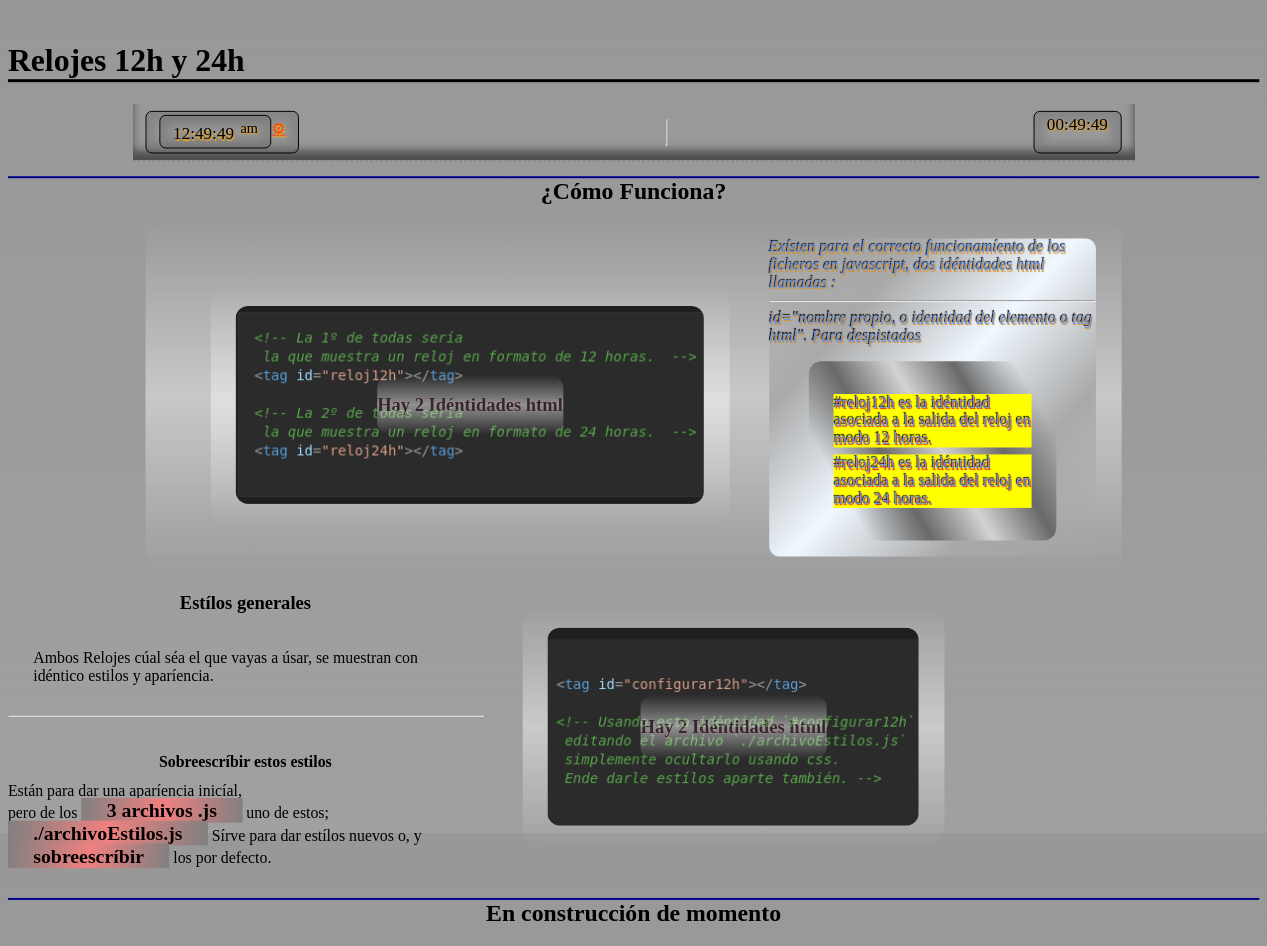
Repository: marcostonfor/clocks
Page: index.html
An editor plug-in stored every save of this project. The page is shown before and after the next save, followed by the edit.
The browser window is 1280 px wide. The pictures show the whole page, at 99% of full size.

Above is the page before, as saved 2024-09-19 01:26:49.

### index.html
<!DOCTYPE html>
<html lang="ca-ES, en-US">

<head>
    <meta charset="utf-8">
    <meta name="viewport" content="width=device-width, initial-scale=1">
    <title>relojes</title>
    <style>

        * {
            box-sizing: border-box;
        }

        body {
            background-image: repeating-linear-gradient(0deg, hsla(0, 0%, 41%, 0.63) 12%, hsla(0, 0%, 0%, 0.404));
        }

        h1 {
            margin-top: 6vh;
            border-bottom: 0.3vw solid black;
        }

        #dosRelojes {
            width: 80%;
            height: auto;
            margin: 2vh auto;
            padding: 1vh 1vw;
            display: flex;
            border-bottom: 0.1vw dashed gray;
            /* box-shadow: inset -0.2vh 0 06px hsl(41, 100%, 50%); */
            box-shadow: inset 0 -10px 10px rgba(0, 0, 0, 0.5);
        }

        summary::marker {
            content: none !important;
        }

        summary {
            cursor: pointer !important;
            color: orangered;
            text-decoration: underline;
            margin: 0.5vh auto;
            font-size: 12pt;
        }

        #caja12h {
            display: flex;
        }

        h2 {
            text-align: center;
            margin-top: 2vh;
            border-top: 0.2vw solid darkblue;
        }

        #identidades_principales {
            display: flex;
            justify-content: space-around;
            align-items:last baseline;
            padding: 2vh 2vw;
            width: 78%;
            margin: auto auto;
            background-image: repeating-linear-gradient(0deg, transparent, hsla(0, 0%, 96%, 0.5), transparent);
            border-radius: 0.755vw;
        }

        .conFoto figure {
            position: relative;
            display: flex;
            align-items: center;
            justify-content: center;
            background-image: repeating-linear-gradient(0deg, transparent, hsla(0, 0%, 96%, 0.5), transparent);
            padding: 3vh 2vw;
            border-radius: 1.6vw;
        }

        .conFoto figure img {
            border-radius: 1vw;
        }

        .conFoto figure figcaption {
            position: absolute;
            border-radius: 1vw;
            text-shadow: 0 0 1px hotpink;
            background-image:  repeating-linear-gradient(0deg, transparent, hsla(0, 0%, 96%, 0.5), transparent);
            mix-blend-mode: screen;
        }

        .conTexto  {
            width: fit-content;
            height: auto;
            color: cornflowerblue;
            text-shadow: 0.1vh 0.1vw 1px rgb(220, 140, 20), -0.1vh -0.1vw 1px black;
            background-image: repeating-linear-gradient(132deg, transparent, darkgray, aliceblue, darkgray, transparent);
            border-radius: 0.8vw;
        }

        .conTexto blockquote {
            padding: 2vw;
            border-radius: 1vw;
            background-image: linear-gradient(-120deg, transparent 12%, dimgray, lightgray, dimgray, transparent, transparent);
        }

        .conTexto blockquote mark {
            text-shadow: 0.1vh 0.1vw 1px rgb(220, 20, 60), -0.1vh -0.1vw 1px black;
            color: cornflowerblue !important;
            display: block;
            margin: 1vh auto;
        }

        #estilos_generales {
            width: 78%;
            display: flex;
            justify-content: space-around;
            align-items: center;

        }

        #estilos_generales article h3 {
            text-align: center;
            width: fit-content;
            margin: 3vh auto;
        }

        #textoGeneral {
            padding: 2vh 2vw;
            width: fit-content;
            /* border: 0.2vw solid black; */
            overflow: hidden;
        }

        .hache3 {
            display: block !important;
            text-align: center;
            margin: 1.5vh auto;
        }

        .code_md {
            font-weight: 800;
            font-size: calc(1em * 1.25);
            background-image: repeating-linear-gradient(98deg, gray, lightcoral, gray);
            padding: 0.2vh 2vw;
            color: ;
            text-shadow: 0 0 1px lightcoral;
        }
    </style>
</head>

<body>
    <header>
        <h1>Relojes 12h y 24h</h1>
        <aside id="dosRelojes">
            <div id="caja12h">
                <div id="reloj12h"></div>
            </div>
            <hr>
            <div id="reloj24h"></div>
        </aside>
        <nav></nav>
    </header>
    <main>
        <h2>¿Cómo Funciona?</h2>
        <section id="identidades_principales">
            <article class="conFoto">
                <figure>
                    <img src="./img/identidadesPrincipales.png" alt="foto de las id principales">
                <figcaption><h3>Hay 2 Idéntidades html</h3></figcaption>
                </figure>
            </article>
            <article class="conTexto">
                    <cite>Exísten para el correcto funcionamíento de los ficheros en javascript, dos idéntidades html
                        llamadas :</cite> <hr /><cite>id="nombre propio, o identidad del elemento o tag html". Para despistados</cite>
                <blockquote>
                    <mark>#reloj12h es la idéntidad asociada a la salida del reloj en modo 12 horas.</mark>

                    <mark>#reloj24h es la idéntidad asociada a la salida del reloj en modo 24 horas.</mark>
                </blockquote>
            </article>
        </section>
        <section id="estilos_generales">
            <article>
                <h3>Estílos generales</h3>
                <p id="textoGeneral">
                    Ambos Relojes cúal séa el que vayas a úsar, se muestran con idéntico estilos y aparíencia. <br><hr><br><strong class="hache3">Sobreescríbir estos estilos</strong>
                    Están para dar una aparíencia inicíal, <br> pero de los <span class="code_md">3 archivos .js</span> uno de estos;

                    <span class="code_md">./archivoEstilos.js</span> Sírve para dar estílos nuevos o, y <span class="code_md">sobreescríbir</span> los por defecto.
                </p>
            </article>
            <article class="conFoto">
                <figure>
                    <img src="./img/fotoDetails12h.png" alt="foto de las id principales">
                <figcaption><h3>Hay 2 Idéntidades html</h3></figcaption>
                </figure>
            </article>
        </section>
    </main>
    <h2>En construcción de momento</h2>
    <script type="module" src="./relojes.js"></script>
</body>

</html>

<!--<p>Este es un texto con un <span style="font-size: 125%;">texto 25% más grande</span> que el resto.</p>
-->

### relojes.js

import { estilosPersonales } from './archivoEstilos.js';
import { conf12h } from './archivoConfiguracion.js';
function laHora() {
	const Reloj = class {
		constructor(formato, salida) {
			this.ahora = new Date();
			this.reloj = {
				hora: this.ahora.getHours(),
				minuto: this.ahora.getMinutes(),
				segundo: this.ahora.getSeconds()
			};
			this._formato = formato;
			this._salida = salida;
		}

		get formato() {
			return this._formato;
		}

		get salida() {
			return this._salida;
		}

		set formato(horaActual) {
			this._formato = horaActual;
		}

		set salida(output) {
			this._salida = output;
		}

		anyadirCero(formatear) {
			return formatear <= 9 ? "0" + formatear : formatear;
		}

		_12h() {
			let horas = this.reloj.hora % 12;
			if (horas === 0) horas = 12;
			const amOpm = this.reloj.hora >= 12 ? "pm" : "am";
			this._formato = `${this.anyadirCero(horas)}:${this.anyadirCero(this.reloj.minuto)}:${this.anyadirCero(this.reloj.segundo)}<sup>${amOpm}</sup>`;
			return this._formato;
		}

		_24h() {
			this._formato = `${this.anyadirCero(this.reloj.hora)}:${this.anyadirCero(this.reloj.minuto)}:${this.anyadirCero(this.reloj.segundo)}`;
			return this._formato;
		}
	};

	const laSalida = () => {
		const salida = document.getElementById("reloj12h");
		const salida24h = document.getElementById("reloj24h");
		const doceHoras = new Reloj();
	//	salida.innerHTML = doceHoras._12h();
	//	salida24h.innerHTML = doceHoras._24h();

 // Verifica si existe el elemento #reloj12h
 if (salida) {
	salida.innerHTML = doceHoras._12h();
	conf12h(); // Llamada a la función conf12h() si el elemento existe
}

// Verifica si existe el elemento #reloj24h
if (salida24h) {
	salida24h.innerHTML = doceHoras._24h();
}


	function estiloscss(estilosPersonales) {

		const estils = document.createElement('STYLE');
		estils.textContent = `
* {
    box-sizing: border-box;
}

div {
    text-align: center;
    width: fit-content;
    border: 0.1vw solid black;
    font-size: 13pt;
    padding: 0.5vh 1vw;
    box-shadow: inset 0 0 10px 10px hsla(0, 0%, 41%, 0.397);
    font-family: 'Comic Sans MS';
    color: black;
    text-shadow: 0.1vh 0.1vw 1px orange;
    border-radius: 0.5vw;
}


sup {
    margin-left: 0.5vw !important;
}
	`;
		if (estilosPersonales) {
			estils.textContent += estilosPersonales;
		}


		document.head.appendChild(estils);
}

	// Llamada a la función con estilos adicionales
	estiloscss(estilosPersonales);


	};

// estiloscss();
return setInterval(laSalida, 1000);
}
laHora();

### archivoEstilos.js
export const estilosPersonales = `

    `;

### archivoConfiguracion.js
export function conf12h() {
    const config = document.createElement('DETAILS');
    const summary = document.createElement('SUMMARY');
    summary.innerHTML = `&#9881;`;
    config.appendChild(summary);

    // Verificar si el checkbox ya existe
    if (!document.getElementById('miCheckbox')) {
        const checkbox = document.createElement('input');
        checkbox.type = 'checkbox';
        checkbox.id = 'miCheckbox';
        checkbox.checked = true; // Mostrar <sup> por defecto

        const label = document.createElement('label');
        label.htmlFor = 'miCheckbox'; // Asegúrate de que coincida con el id del checkbox
        label.textContent = 'Ver "am" "pm"';

        // Crear un elemento <style> para manejar la visibilidad de <sup>
        let estils = document.getElementById('dynamicStyles');
        if (!estils) {
            estils = document.createElement('style');
            estils.id = 'dynamicStyles';
            document.head.appendChild(estils);
        }

        // Función para actualizar el estilo de <sup>
        const updateSupVisibility = () => {
            if (checkbox.checked) {
                estils.textContent = `
                    sup {
                        display: inline !important;
                    }
                `;
            } else {
                estils.textContent = `
                    sup {
                        display: none !important;
                    }
                `;
            }
        };

        // Inicializar el estilo de <sup>
        updateSupVisibility();

        // Agregar un evento al checkbox para alternar la visibilidad de <sup>
        checkbox.addEventListener('change', updateSupVisibility);

        const mostrarConfiguracion = document.getElementById('caja12h');
        // Agregar el checkbox y el label al cuerpo del documento
        label.appendChild(checkbox);
        config.appendChild(label);
        mostrarConfiguracion.appendChild(config);
    }
}

After the next save:
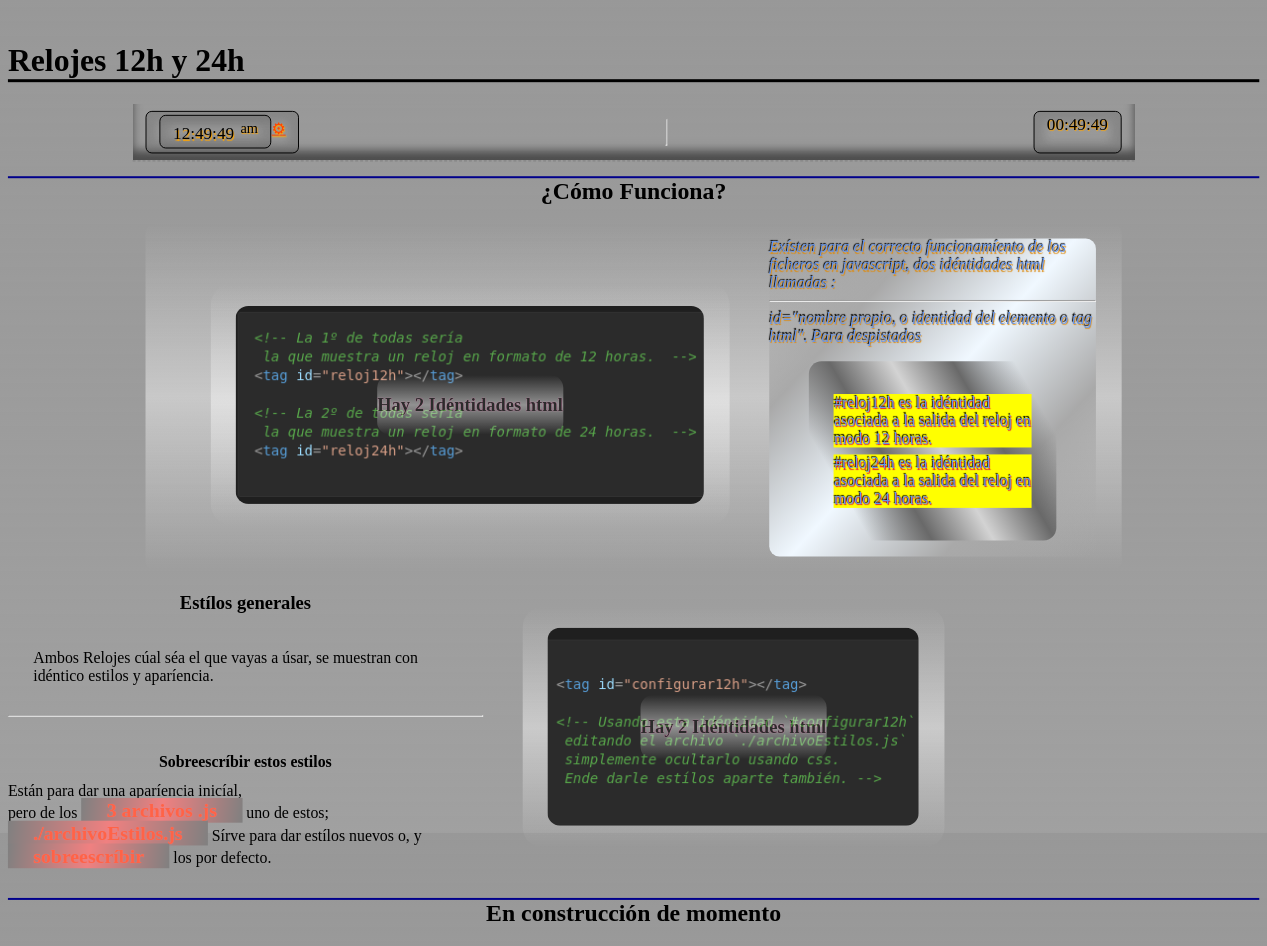
Saved 14 s later.
--- a/index.html
+++ b/index.html
@@ -140,7 +140,7 @@
             font-size: calc(1em * 1.25);
             background-image: repeating-linear-gradient(98deg, gray, lightcoral, gray);
             padding: 0.2vh 2vw;
-            color: ;
+            color: tomato;
             text-shadow: 0 0 1px lightcoral;
         }
     </style>
